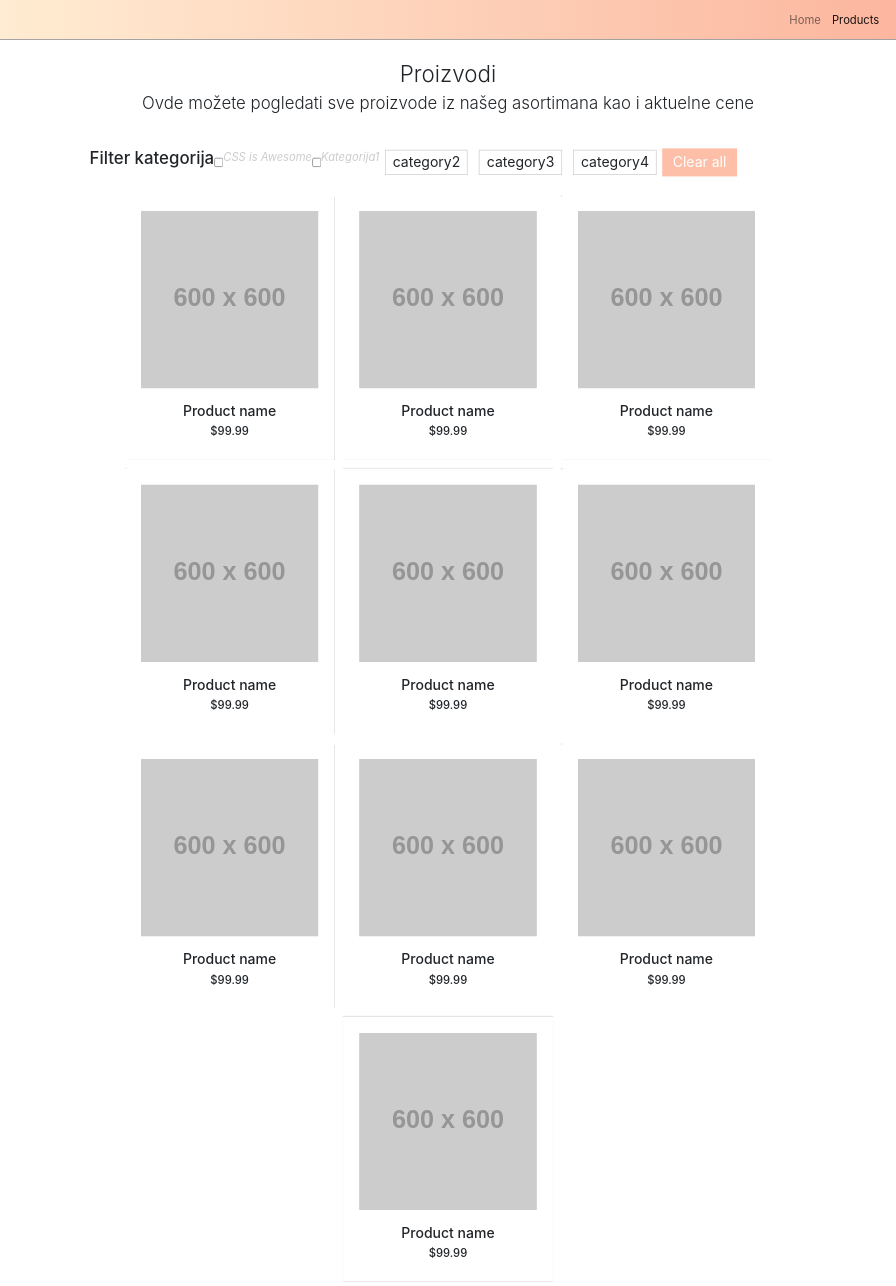
Repository: StevanFilipovic/TemplateForSinglepageWebsite
Page: products.html
An editor plug-in stored every save of this project. The page is shown before and after the next save, followed by the edit.
The browser window is 1280 px wide. The pictures show the whole page, at 70% of full size.
Some web libraries are served in a nearby version.

Above is the page before, as saved 2018-06-15 11:27:23.

After the next save:
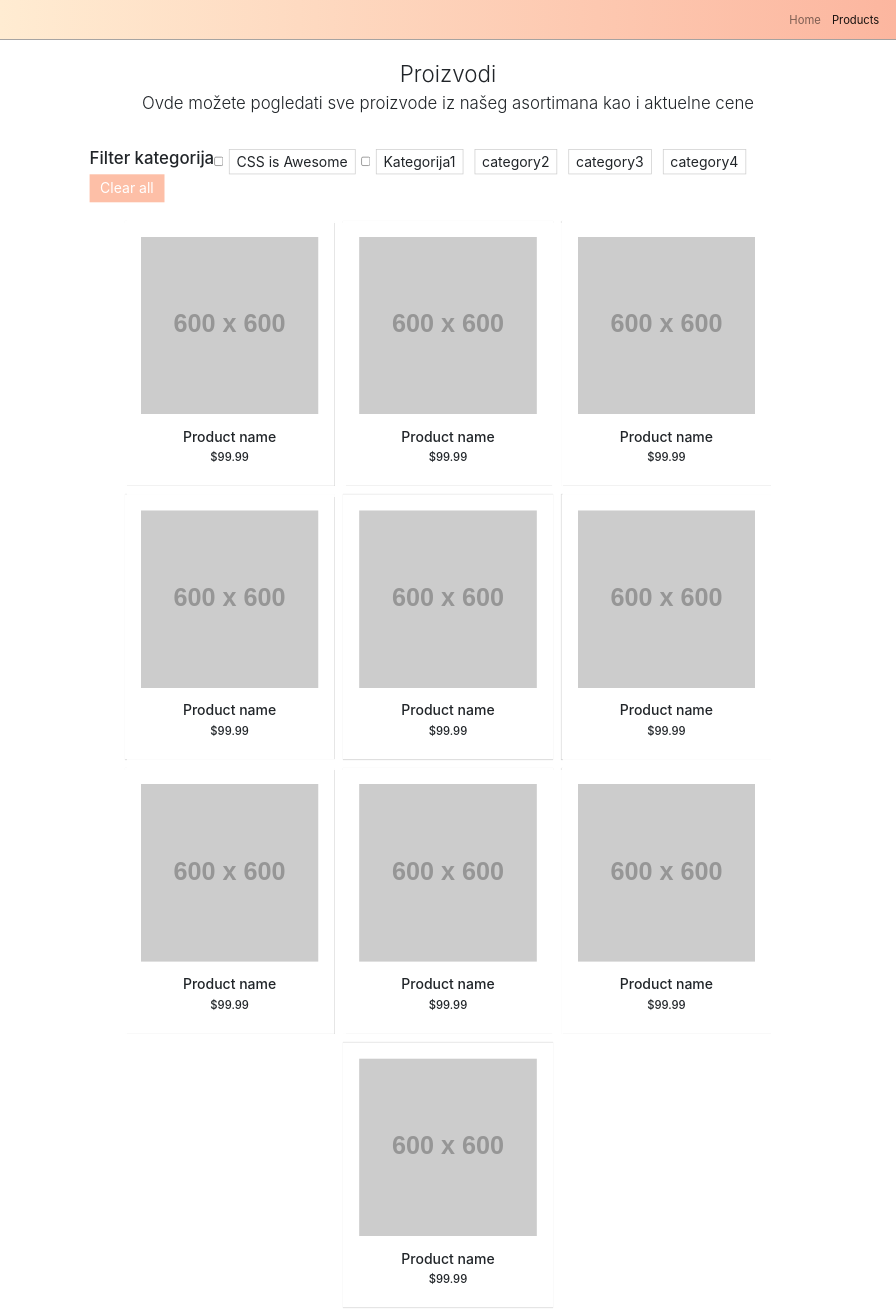
Saved 66 s later.
--- a/products-page-style.css
+++ b/products-page-style.css
@@ -107,8 +107,17 @@
 }
 
 input[type=checkbox] + label {
-  color: #ccc;
-  font-style: italic;
+  display: block;
+  position: relative;
+  margin: auto 8px;
+  cursor: pointer;
+  font-size: 20px;
+  -webkit-user-select: none;
+  -moz-user-select: none;
+  -ms-user-select: none;
+  user-select: none;
+  border: 1px solid #cccccc;
+  padding: 2px 10px;
 }
 input[type=checkbox]:checked + label {
   background: #f00;

After the save that followed:
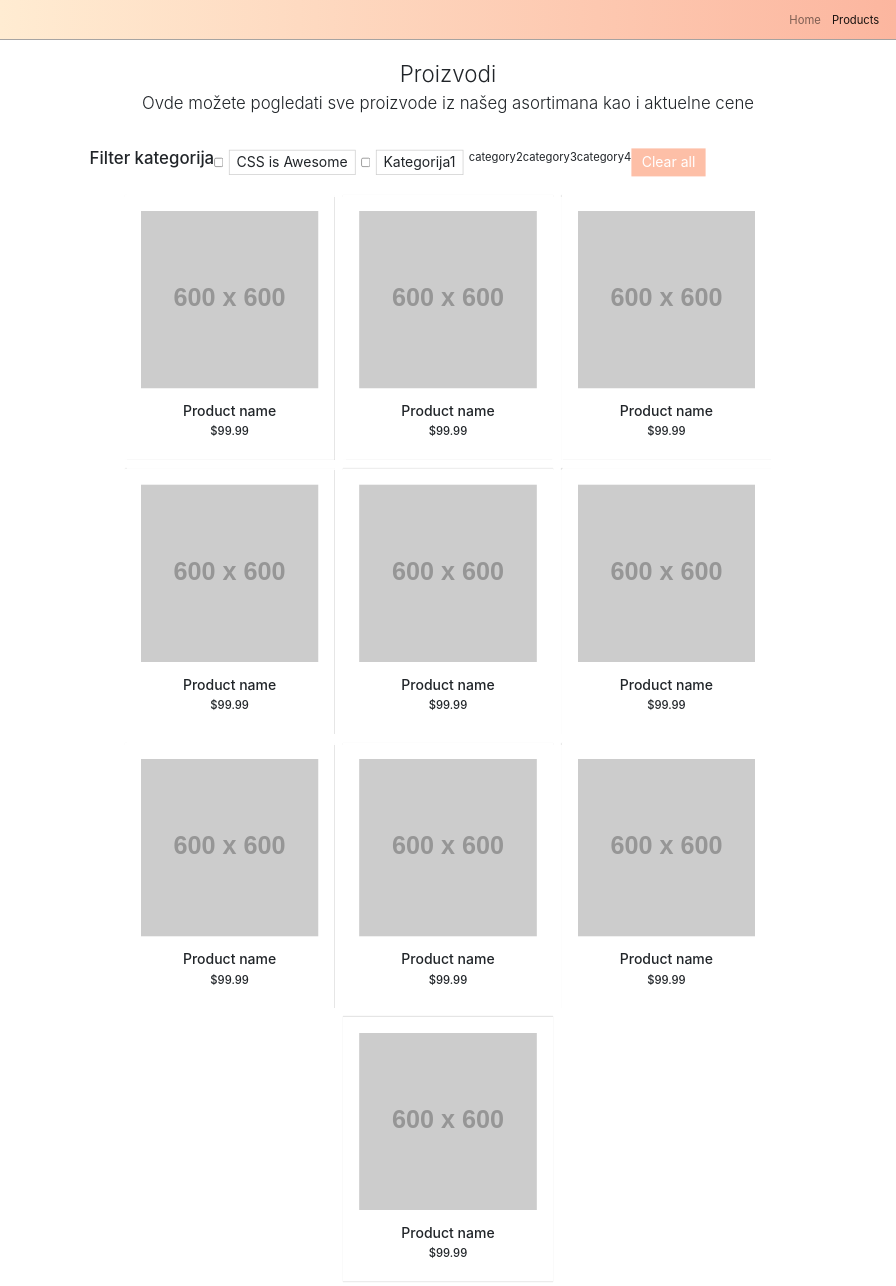
Saved 22 s later.
--- a/products-page-style.css
+++ b/products-page-style.css
@@ -85,19 +85,7 @@
 /* Checkmark */
 
 /* Customize the label (the container) */
-.filter-container {
-    display: block;
-    position: relative;
-    margin: auto 8px;
-    cursor: pointer;
-    font-size: 20px;
-    -webkit-user-select: none;
-    -moz-user-select: none;
-    -ms-user-select: none;
-    user-select: none;
-    border: 1px solid #cccccc;
-    padding: 2px 10px;
-  }
+
 
 
 .filter-category{
